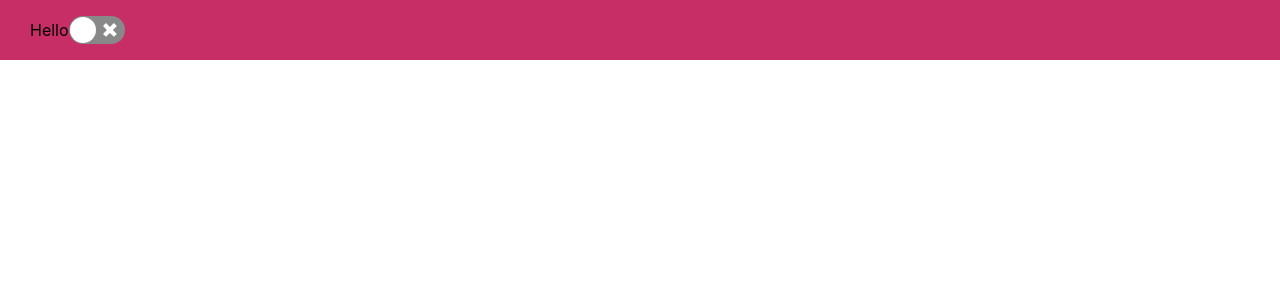
Repository: OmniaRafat232111121/Tic-Tac-Toe
Page: /
These files come from the project's save history. The page is drawn as it stood at one moment and after a run of saves; the edit follows.
The browser window is 1280 px wide. The pictures show the whole page.
The project was rebuilt for these pictures with package versions that can differ from the ones it lists, and the page was loaded fresh each time.

Above is the page before, as saved 2022-09-20 14:17:44.

### src/index.tsx
import React from 'react';
import ReactDOM from 'react-dom/client';
import './index.css';
import App from './App';
const root = ReactDOM.createRoot(
  document.getElementById('root') as HTMLElement
);
root.render(
  <React.StrictMode>
    <App />
  </React.StrictMode>
);

### src/App.tsx
import React from 'react';
import './App.css';
import Header from './components/Header';
import light from'./styles/themes/light'
import {ThemeProvider} from'styled-components'

function App() {
  return (
    <ThemeProvider theme={light}>
    <div className="App">
    <Header/>
   </div>
    </ThemeProvider>

  );
}

export default App;

### src/components/Header/index.tsx
import React from 'react'
import  {Container}  from './styles';
import Switch from 'react-switch'
const Header:React.FC=()=>{
    return(
       <Container>
        Hello
        <Switch
        onChange={()=>{}}
        />
       </Container>
    );
}
export default Header;

### src/styles/themes/light.ts
export default{
    title:'light',
    colors:{
        primary: '#C62E65',
        secundary: '#D63AF9',

        background: '#f5f5f5',
        text: '#333'
    },
}

### src/components/Header/styles.ts
import styled from "styled-components";
export const Container =styled.div`
height:60px;
background: ${(props) => props.theme.colors.primary};
display:flex;
align-items:center;
padding:0 30px;
`;

Loaded but not shown: public/index.html (common file); src/index.css (common file); src/App.css (common file)

After the next 17 saves:
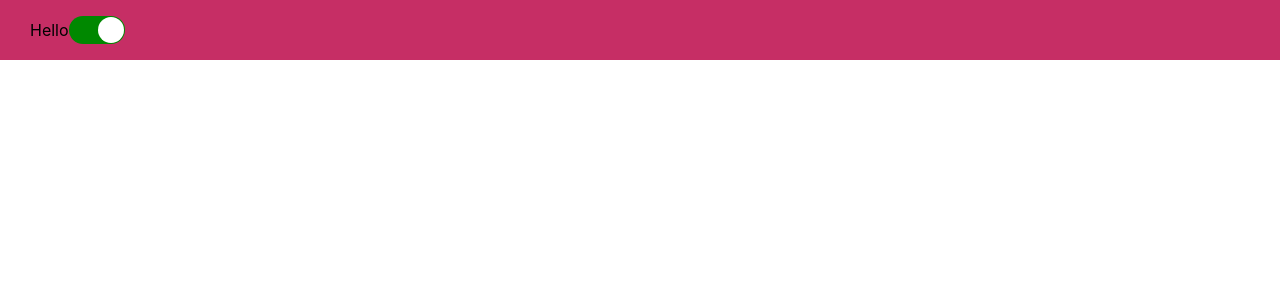
The 17 saves are shown as one change because they came seconds apart.
The last was saved 23 s later.
--- a/src/components/Header/index.tsx
+++ b/src/components/Header/index.tsx
@@ -7,6 +7,8 @@ const Header:React.FC=()=>{
         Hello
         <Switch
         onChange={()=>{}}
+        checked={true}
+        checkedIcon={false}
         />
        </Container>
     );
